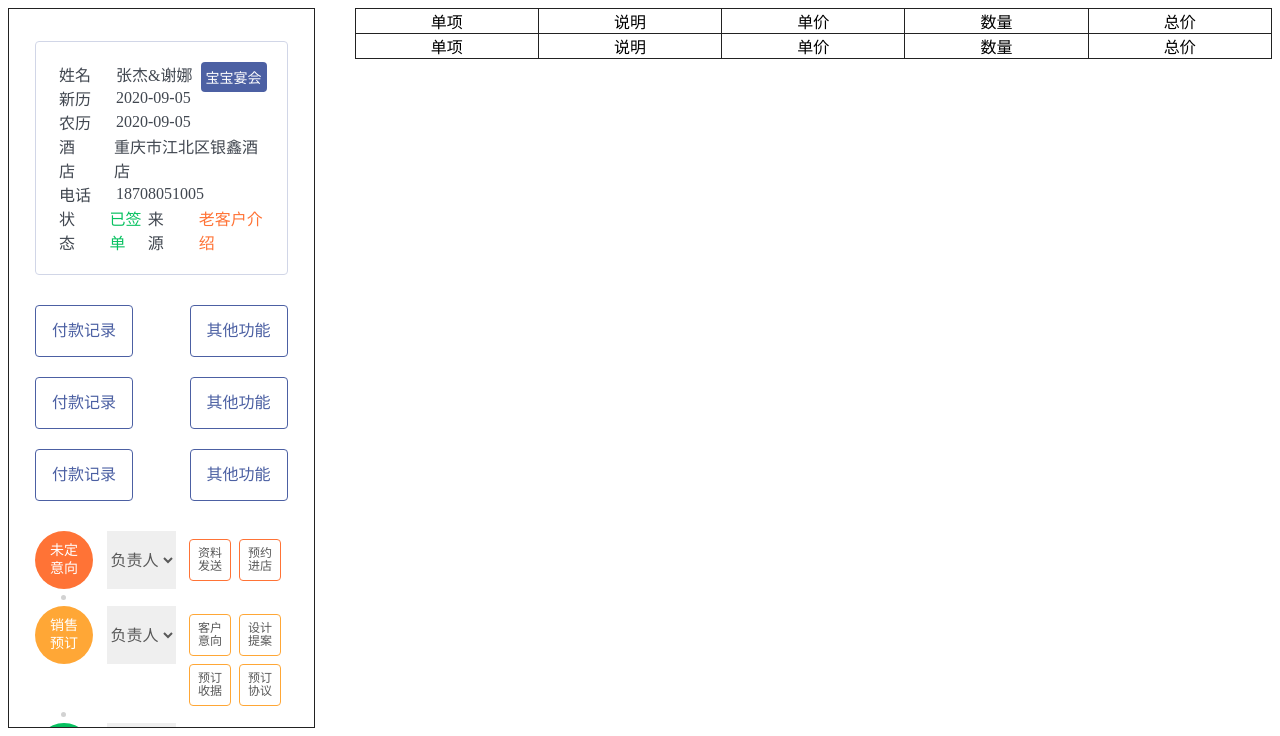
Repository: Lairuola/wedding-1
Page: index.html
An editor plug-in stored every save of this project. The page is shown before and after the next save, followed by the edit.
The browser window is 1280 px wide. The pictures show the whole page.

Above is the page before, as saved 2020-12-24 15:39:55.

After the next save:
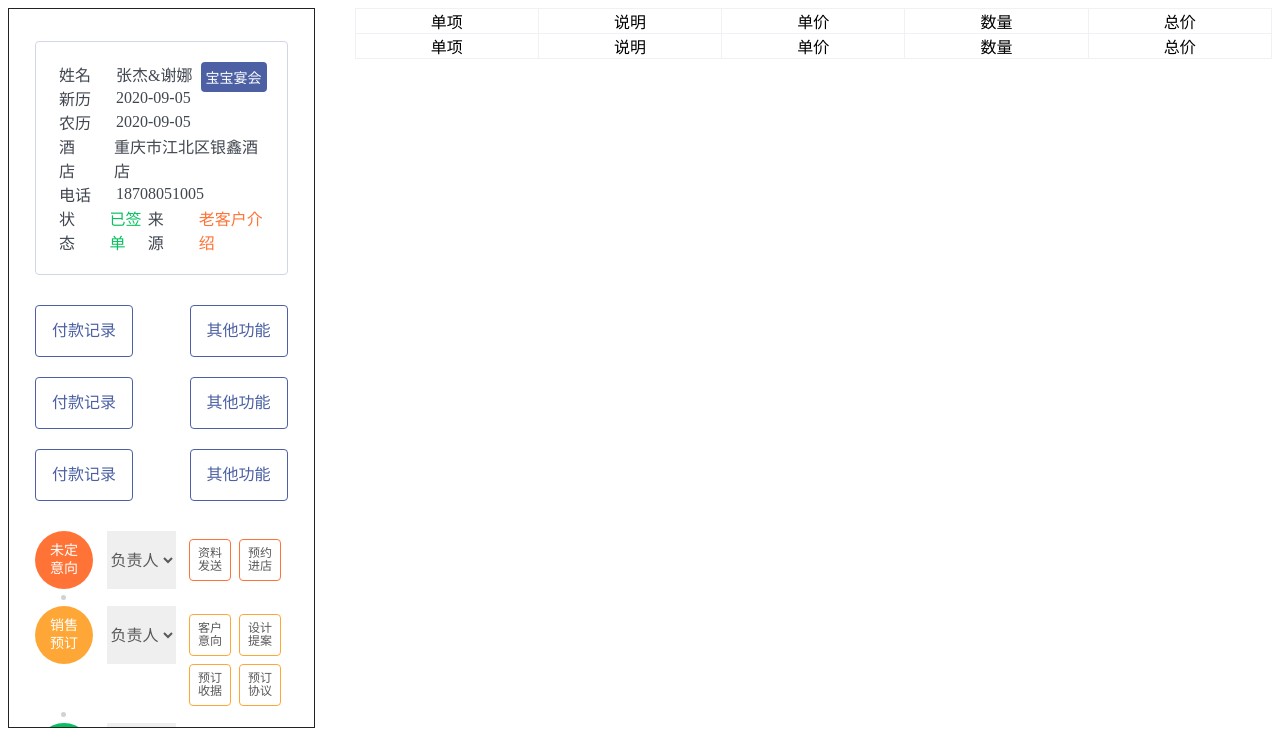
Saved 22 s later.
--- a/index.html
+++ b/index.html
@@ -2,7 +2,7 @@
  * @Author       : 濑若拉
  * @Date         : 2020-12-17 10:22:14
  * @LastEditors  : 濑若拉
- * @LastEditTime : 2020-12-24 15:39:55
+ * @LastEditTime : 2020-12-24 15:40:17
  * @FilePath     : /slidebar/index.html
 -->
 
@@ -283,9 +283,6 @@
       display: flex;
       flex-direction: column;
       margin-left: 40px;
-      /* border: 1px solid #222; */
-      /* border: 1px solid #eff1f7; */
-      /* border-collapse: collapse; */
     }
 
     .my-table .rows {
@@ -293,7 +290,6 @@
       display: flex;
       flex-direction: row;
       align-items: center;
-      /* border: 1px solid #eff1f7; */
     }
 
     .my-table .rows .item {
@@ -303,6 +299,7 @@
       display: flex;
       align-items: center;
       justify-content: center;
+      border: 1px solid #eff1f7;
     }
 
     .my-table .rows .item:not(:last-child) {
